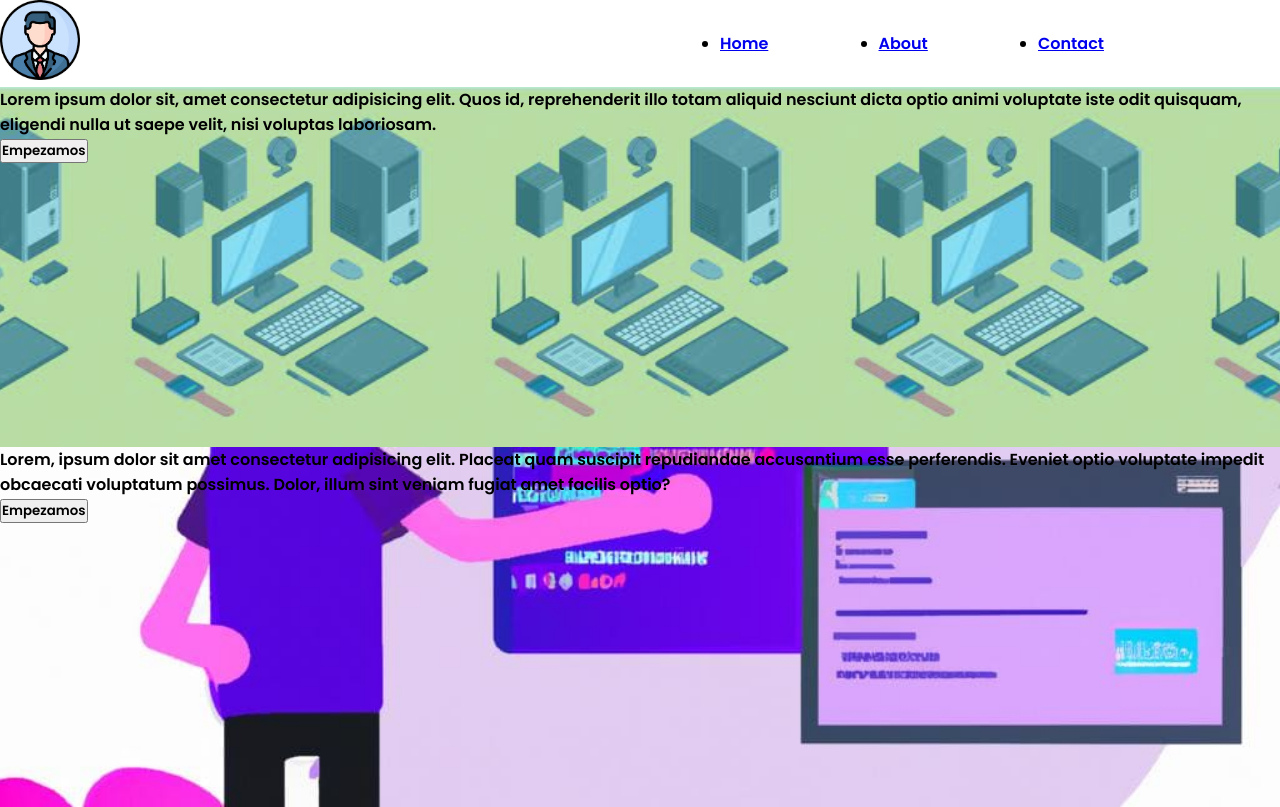
Repository: Sxcram02/projects
Page: screen-split/index.html
The author's editor kept a copy of each file at every save. The page is drawn from the files as they stood at one save, then again after the next save.
The browser window is 1280 px wide. The pictures show the whole page.

Above is the page before, as saved 2023-03-17 00:31:02.

### screen-split/index.html
<!DOCTYPE html>
<html lang="en">
<head>
    <meta charset="UTF-8">
    <meta http-equiv="X-UA-Compatible" content="IE=edge">
    <meta name="viewport" content="width=device-width, initial-scale=1.0">
    <link rel="stylesheet" href="https://cdn.jsdelivr.net/npm/boxicons@latest/css/boxicons.min.css">
    <link rel="stylesheet" href="style/index.css" type="text/css">
    <title>Screen Split</title>
</head>
<body>
    <div class="root-element">
    <header>
        <div class="image-perfil">
            <img src="media/Sin título.png" class="photoPerfil" alt="">
        </div>
        <nav>
            <ul>
                <li><a href="/index.html">Home</a></li>
                <li><a href="#">About</a></li>
                <li><a href="#">Contact</a></li>
            </ul>
        </nav>
    </header>
    <main>
        <aside class="box-text">
            <div class="image-filterHard">
            <p>Lorem ipsum dolor sit, amet consectetur adipisicing elit. Quos id, reprehenderit illo totam aliquid nesciunt dicta optio animi voluptate iste odit quisquam, eligendi nulla ut saepe velit, nisi voluptas laboriosam.</p>
            <button>Empezamos</button>
            </div>
        </aside>
        <aside class="box-software">
            <div class="image-filterSoft">
            <p>Lorem, ipsum dolor sit amet consectetur adipisicing elit. Placeat quam suscipit repudiandae accusantium esse perferendis. Eveniet optio voluptate impedit obcaecati voluptatum possimus. Dolor, illum sint veniam fugiat amet facilis optio?</p>
            <button>Empezamos</button>
            </div>
        </aside>
    </main>
    </div>
</body>
</html>

### screen-split/style/index.css
@import url('https://fonts.googleapis.com/css2?family=Poppins:ital,wght@0,600;0,700;0,800;1,700&display=swap');

* {
    padding: 0;
    margin: 0;
    box-sizing: border-box;
    font-family: 'Poppins',sans-serif;
}

header {
    width: 100vw;
    display: flex;
    justify-content: start;
    align-items: center;
}

.photoPerfil {
    width: 80px;
}

nav {
    margin-left: 50%;
    width: 30%;
}

nav ul {
    display: flex;
    justify-content: space-between;
    align-items: center;
}

main {
    width:100vw;
    height: 50vh;
}

aside {
    width: 100%;
    height: 100%;
}

.box-text {
    background-image: url(../media/hardware.jpeg);
    background-position: center;
    background-size: contain;
}

.box-software {
    background-image: url(../media/software.jpg);
    background-position: center;
    background-size: cover;
}

.image-filterHard {
    background-color: rgba(49, 231, 255, 0.342);
    height: 100%;
}

/* @media screen and (min-width:1000px){
    nav {
        width: 50%;
    }

    main {
        flex-direction: row;
    }

    div {
        width: 50%;
        height: 100vh;
    }
} */

After the next save:
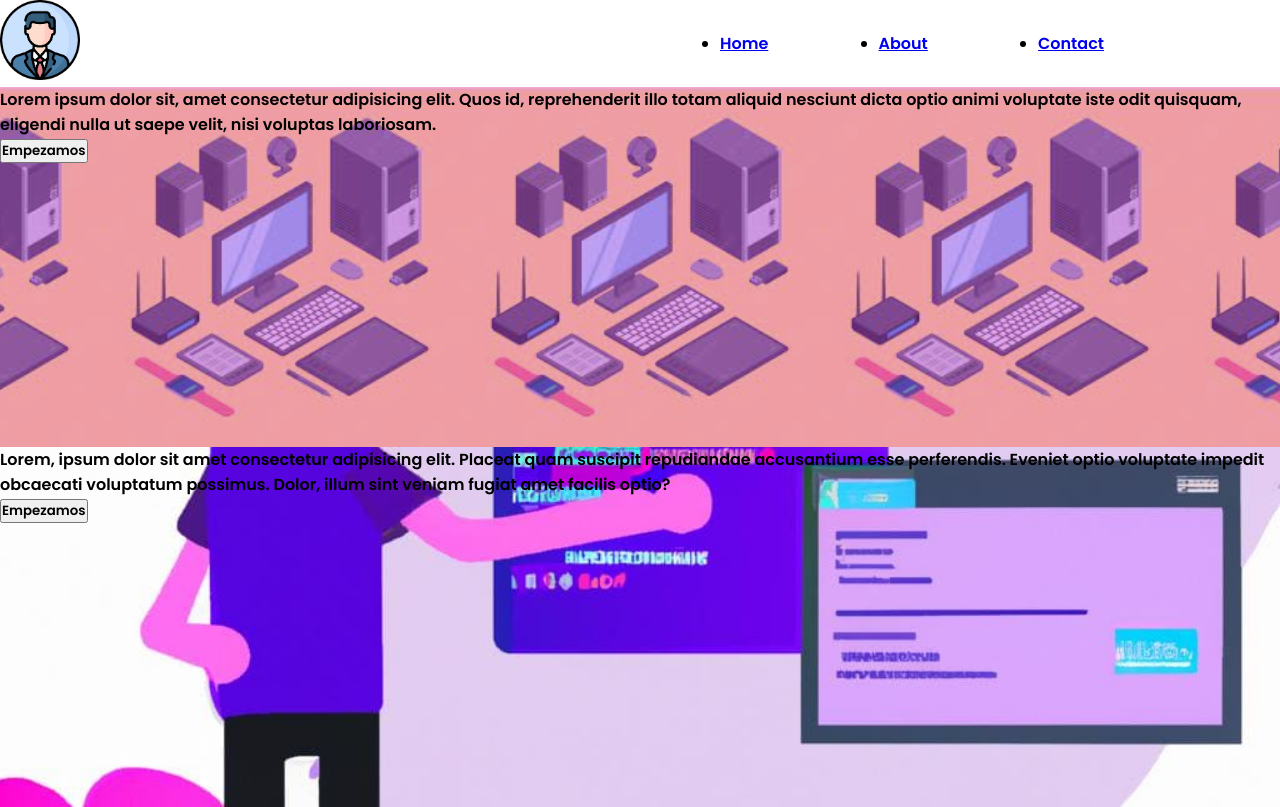
Saved 14 s later.
--- a/screen-split/style/index.css
+++ b/screen-split/style/index.css
@@ -52,7 +52,7 @@ aside {
 }
 
 .image-filterHard {
-    background-color: rgba(49, 231, 255, 0.342);
+    background-color: rgba(207, 49, 255, 0.342);
     height: 100%;
 }
 
